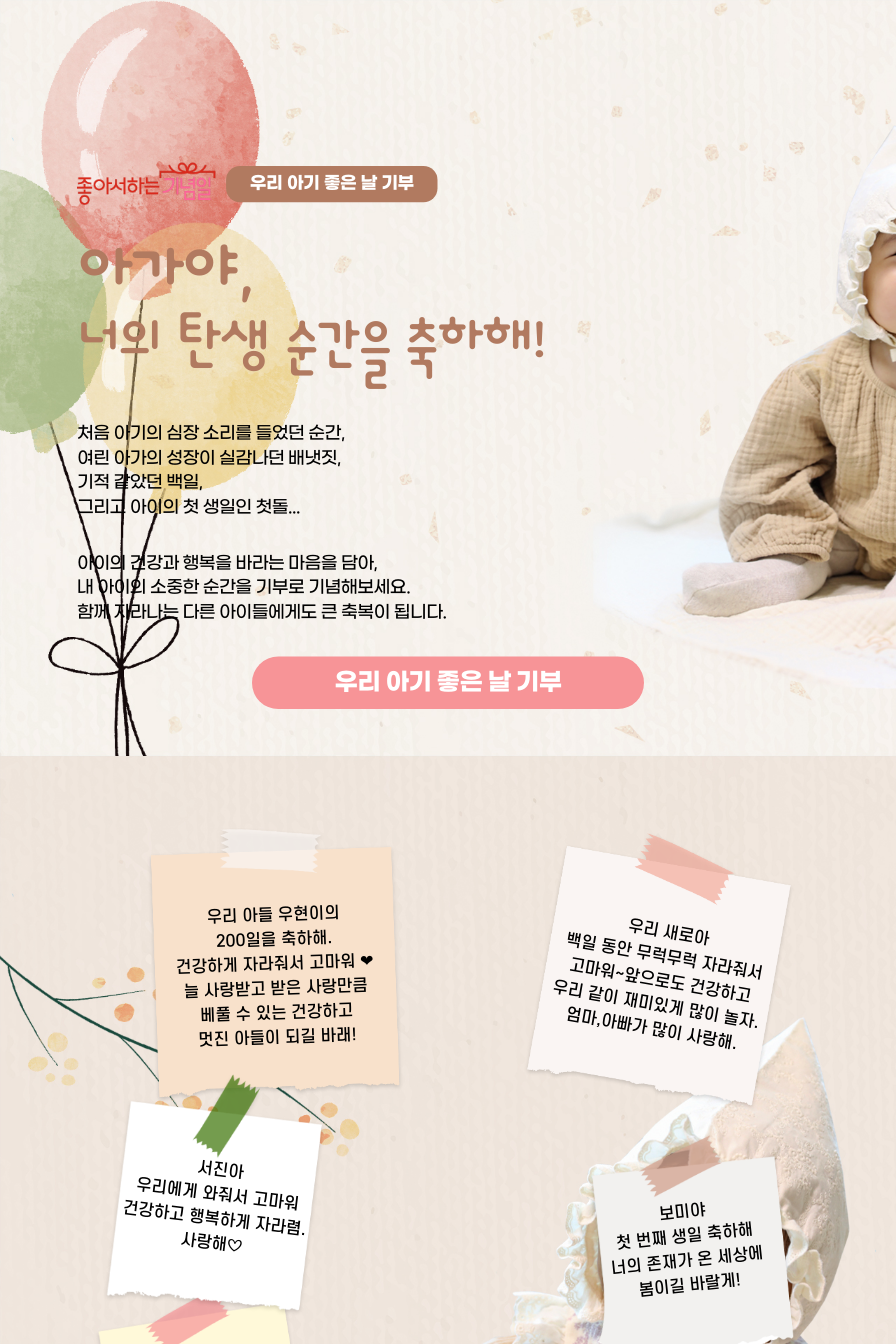
Repository: dlgywls1130/save_the_children
Page: index.html
The author's editor kept a copy of each file at every save. The page is drawn from the files as they stood at one save, then again after the next save.
The browser window is 1280 px wide. The pictures show the part of the page from y = 0 to 1920 px (the page is 8338 px tall), at 70% of full size.

Above is the page before, as saved 2023-12-13 12:29:28.

After the next save:
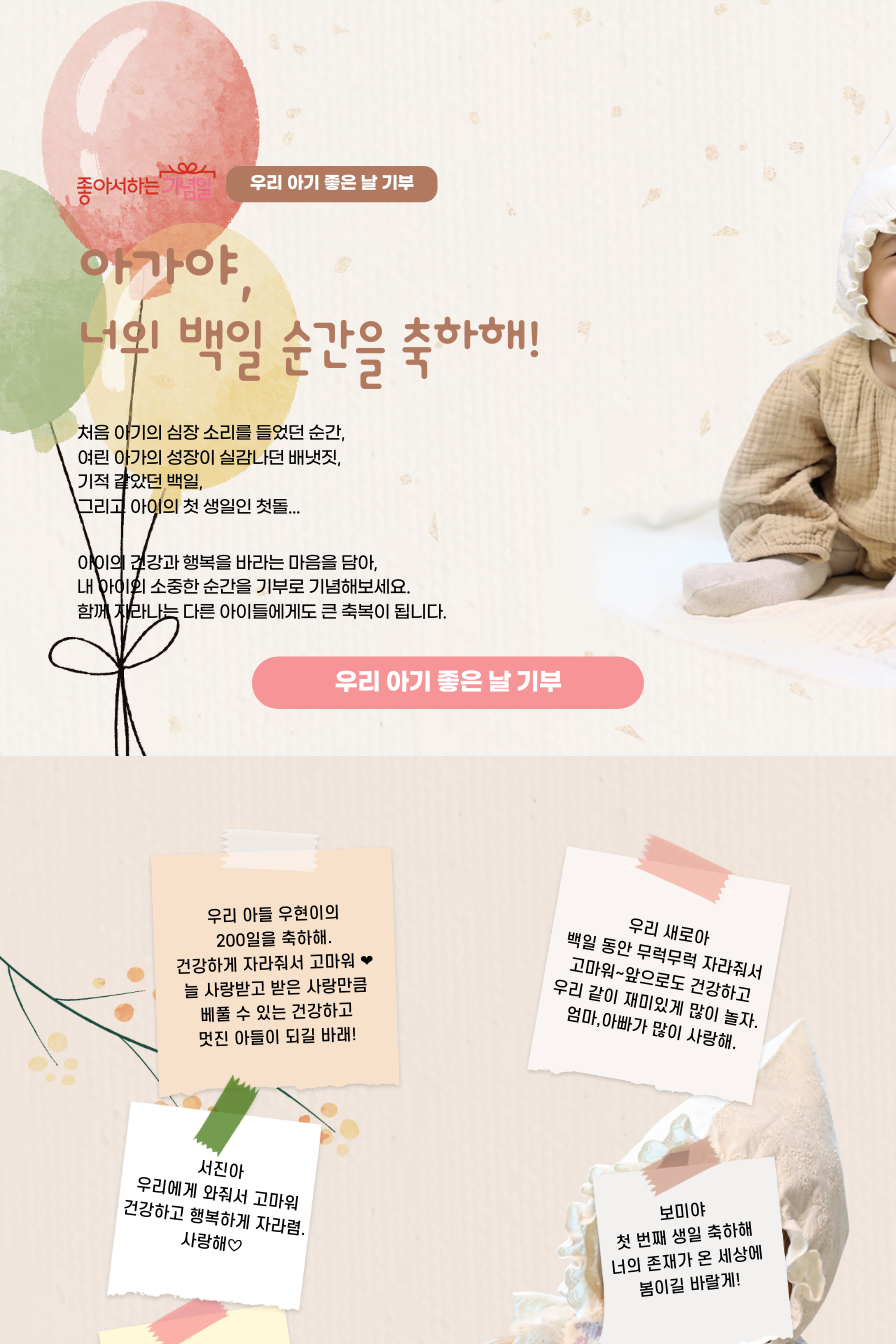
Saved 107 s later.
--- a/js/main.js
+++ b/js/main.js
@@ -32,7 +32,7 @@
 //rolling
 
 document.addEventListener('DOMContentLoaded', function () {
-    var words = ['탄생', '백일', '첫 옹알이', '첫 뒤집기', '첫 나들이', '첫 이유식', '첫돌', '첫 걸음마', '모든'];
+    var words = ['백일', '첫 옹알이', '첫 뒤집기', '첫 나들이', '첫 이유식', '첫돌', '첫 걸음마', '모든'];
     var index = 0;
     var rollingText = document.getElementById('rollingText');
 
